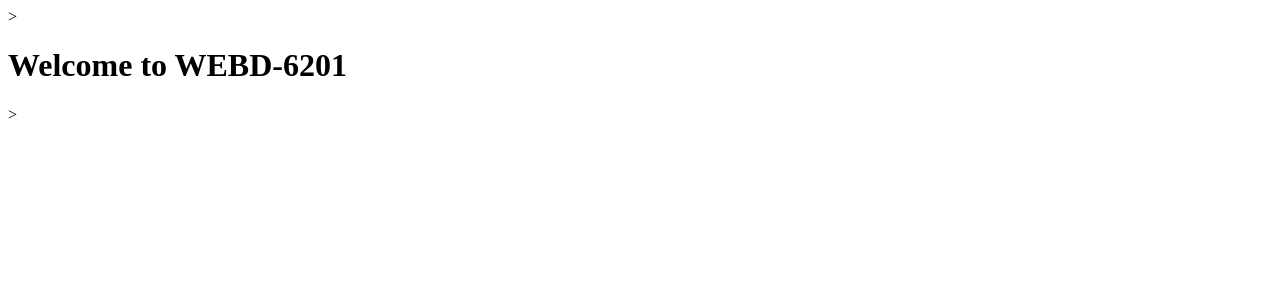
Repository: CKM206/WEBD6201-W2021---ICE1
Page: index.html
The author's editor kept a copy of each file at every save. The page is drawn from the files as they stood at one save, then again after the next save.
The browser window is 1280 px wide. The pictures show the whole page.

Above is the page before, as saved 2021-01-20 08:50:20.

### index.html
<!DOCTYPE html>
<html lang="en">
<head>
    <meta charset="UTF-8">
    <meta name="viewport" content="width=device-width, initial-scale=1.0">
    <title>WEBD6201 - W2021 - ICE 1</title>
    <!-- CSS Section -->
    ><link rel="stylesheet" href="./Content/app.css">
</head>
<body>

    <main class="container">
        <h1>Welcome to WEBD-6201</h1>
    </main>

    <!--Script Section-->
    ><script src="./Scripts/app.js"></script>
</body>
</html>

### Content/app.css
/* Custom CSS Here */

### Scripts/app.js
/* Custom Javascript Here */

After the next save:
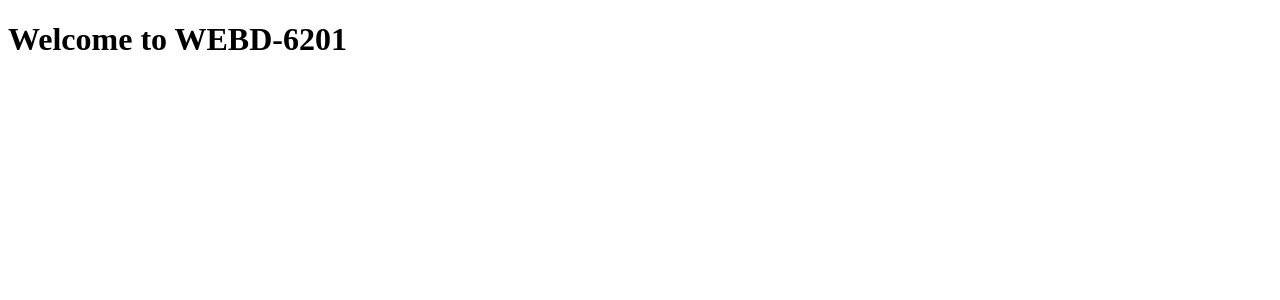
Saved 31 s later.
--- a/index.html
+++ b/index.html
@@ -5,7 +5,7 @@
     <meta name="viewport" content="width=device-width, initial-scale=1.0">
     <title>WEBD6201 - W2021 - ICE 1</title>
     <!-- CSS Section -->
-    ><link rel="stylesheet" href="./Content/app.css">
+    <link rel="stylesheet" href="./Content/app.css">
 </head>
 <body>
 
@@ -14,6 +14,6 @@
     </main>
 
     <!--Script Section-->
-    ><script src="./Scripts/app.js"></script>
+    <script src="./Scripts/app.js"></script>
 </body>
 </html>
